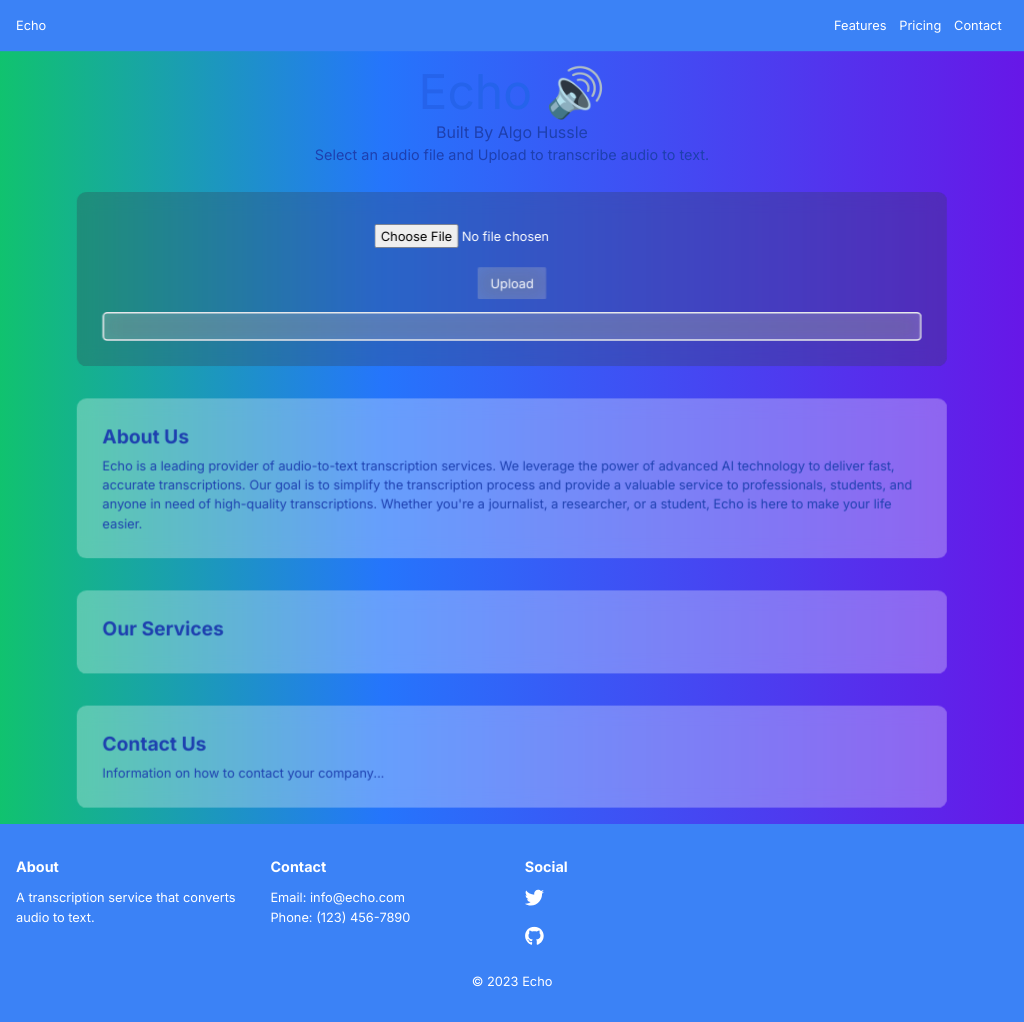
Repository: MikeeBuilds/whisperer
Page: /
An editor plug-in stored every save of this project. The page is shown before and after a run of saves, followed by the edit.
The browser window is 1280 px wide. The pictures show the whole page, at 80% of full size.
The project was rebuilt for these pictures with package versions that can differ from the ones it lists, and the page was loaded fresh each time. The framework's server and built-in components were replaced by stand-ins that run in the browser. Also part of the build but not shown: next.config.js.

Above is the page before, as saved 2023-06-26 19:12:49.

### src/app/layout.tsx
import Head from 'next/head'
import Footer from './components/Footer'
import Navbar from './components/NavBar'
import './globals.css'
import { Inter } from 'next/font/google'

const inter = Inter({ subsets: ['latin'] })

export const metadata = {
  title: 'Echo',
  description: 'Created by Algo Hussle | AlgoCodes_eth on Twitter',
}

export default function RootLayout({
  children,
}: {
  children: React.ReactNode
}) {
  return (
    <html lang="en">
      <Head>
        <title>{metadata.title}</title>
        <meta name="description" content={metadata.description} />
        <meta name="viewport" content="initial-scale=1.0, width=device-width" />
        {/* Add more meta tags as needed */}
      </Head>
      <body className={`${inter.className} gradient-bg flex flex-col min-h-screen`}>
        <Navbar/>
        <main className="flex-grow">
          {children}
        </main>
        <Footer />
      </body>
    </html>
  )
}

### src/app/page.tsx
'use client'

import { useState } from "react"
import Head from "next/head";

export default function Home() {
  const [theFile, setTheFile] = useState<File | null>(null);
  const [isLoading, setIsLoading] = useState(false);
  const [response, setResponse] = useState("");

  const handleFileChange = (event: React.ChangeEvent<HTMLInputElement>) => {
    const file = event.currentTarget.files?.[0];
    if (!file) return;

    setTheFile(file);
  };

  const callGetTranscription = async () => {
    setIsLoading(true);

    if (!theFile) {
      // Handle the case when no file is selected
      setIsLoading(false);
      return;
    }

    const formData = new FormData();
    formData.set("file", theFile);

    try {
      const response = await fetch("/api", {
        method: "POST",
        body: formData,
      });

      if (response.ok) {
        // Handle the success response
        console.log("File uploaded successfully");
      } else {
        // Handle the error response
        console.error("Failed to upload file");
      }

      const data = await response.json();

      setResponse(data.output.text);
    } catch (error) {
      // Handle any errors
      console.error("An error occurred while uploading the file", error);
    }

    setTheFile(null);
    setIsLoading(false);
  };

  return (
    <div>
      <Head>
        <title>Echo - Audio to Text Transcription</title>
      </Head>
      <main className="container mx-auto px-4 sm:px-24 py-5">
        <section className="text-center">
          <h1 className="text-blue-600 text-4xl sm:text-6xl font-sans mb-2">Echo 🔊</h1>
          <h4 className="text-xl text-blue-800">
            <span>Built By Algo Hussle</span>
          </h4>
          <p className="text-sm sm:text-lg font-sans mb-8 text-blue-800">Select an audio file and Upload to transcribe audio to text.</p>
        </section>

        <section className="flex flex-col items-center bg-gray-700 rounded-xl p-8 backdrop-blur-md bg-opacity-30">
          <input type="file" accept=".wav, .mp3" onChange={handleFileChange} className="mb-4 p-2" />
          <button
            onClick={callGetTranscription}
            className="w-max bg-white bg-opacity-20 px-4 py-2 rounded-sm hover:bg-opacity-30 transition-colors duration-200 backdrop-blur-md"
          >
            Upload
          </button>
          <div className="mt-4 w-full h-max border-2 break-words p-4 bg-white bg-opacity-20 rounded-md backdrop-blur-md">
            {isLoading ? "Loading..." : response ? response : ""}
          </div>
        </section>

        <section id="about" className="mt-10 bg-white bg-opacity-30 rounded-xl p-8 backdrop-blur-md">
          <h2 className="text-2xl font-bold mb-2 text-blue-800">About Us</h2>
          <p className="text-blue-800">Echo is a leading provider of audio-to-text transcription services. We leverage the power of advanced AI technology to deliver fast, accurate transcriptions. Our goal is to simplify the transcription process and provide a valuable service to professionals, students, and anyone in need of high-quality transcriptions. Whether you're a journalist, a researcher, or a student, Echo is here to make your life easier.</p>
        </section>

        <section id="services" className="mt-10 bg-white bg-opacity-30 rounded-xl p-8 backdrop-blur-md">
          <h2 className="text-blue-800 text-2xl font-bold mb-2">Our Services</h2>
          <p className="text-blue-800">

          </p>
        </section>

        <section id="contact" className="mt-10 bg-white bg-opacity-30 rounded-xl p-8 backdrop-blur-md">
          <h2 className="text-2xl font-bold mb-2 text-blue-800">Contact Us</h2>
          <p className="text-blue-800">Information on how to contact your company...</p>
        </section>
      </main>
    </div>
  );
}

### src/app/components/Footer.tsx
import { FaTwitter, FaGithub } from 'react-icons/fa';

export default function Footer() {
  return (
    <footer className="bg-blue-500 text-white py-10 px-5 mt-auto">
      <div className="grid grid-cols-1 md:grid-cols-4 gap-8">
        <div>
          <h3 className="text-lg font-bold mb-3">About</h3>
          <p>A transcription service that converts audio to text.</p>
        </div>
        <div>
          <h3 className="text-lg font-bold mb-3">Contact</h3>
          <p>Email: info@echo.com</p>
          <p>Phone: (123) 456-7890</p>
        </div>
        <div>
          <h3 className="text-lg font-bold mb-3">Social</h3>
          <a href="https://twitter.com/algocodes_eth" target="_blank" rel="noopener noreferrer" className="mr-3">
            <FaTwitter size={24} />
          </a>
          <a href="https://github.com/AlgoHussle" target="_blank" rel="noopener noreferrer">
            <FaGithub size={24} />
          </a>
        </div>
      </div>
      <div className="mt-8 text-center">
        <p>© {new Date().getFullYear()} Echo</p>
      </div>
    </footer>
  );
}

### src/app/components/NavBar.tsx
export default function Navbar() {
    return (
      <nav className="flex justify-between p-5 bg-blue-500 text-white">
        <div>Echo</div>
        <div>
          <a href="#features" className="mx-2">Features</a>
          <a href="#pricing" className="mx-2">Pricing</a>
          <a href="#contact" className="mx-2">Contact</a>
        </div>
      </nav>
    );
  }

### src/app/globals.css
@tailwind base;
@tailwind components;
@tailwind utilities;

@keyframes gradient {
  0% {
    background-position: 0% 50%;
  }
  50% {
    background-position: 100% 50%;
  }
  100% {
    background-position: 0% 50%;
  }
}

body {
  background: #222222;
  color: white;
}

.gradient-bg {
  animation: gradient 15s ease infinite;
  background: linear-gradient(270deg, #6b11e6, #2575fc, #00ff00, #ffff00);
  background-size: 200% 200%;
}

### tailwind.config.js
/** @type {import('tailwindcss').Config} */
module.exports = {
  content: [
    './src/pages/**/*.{js,ts,jsx,tsx,mdx}',
    './src/components/**/*.{js,ts,jsx,tsx,mdx}',
    './src/app/**/*.{js,ts,jsx,tsx,mdx}',
  ],
  theme: {
    extend: {
      fontFamily: {
        sans: ['var(--font-inter)'],
      },
    },
  },
  plugins: [],
}

After the next 2 saves:
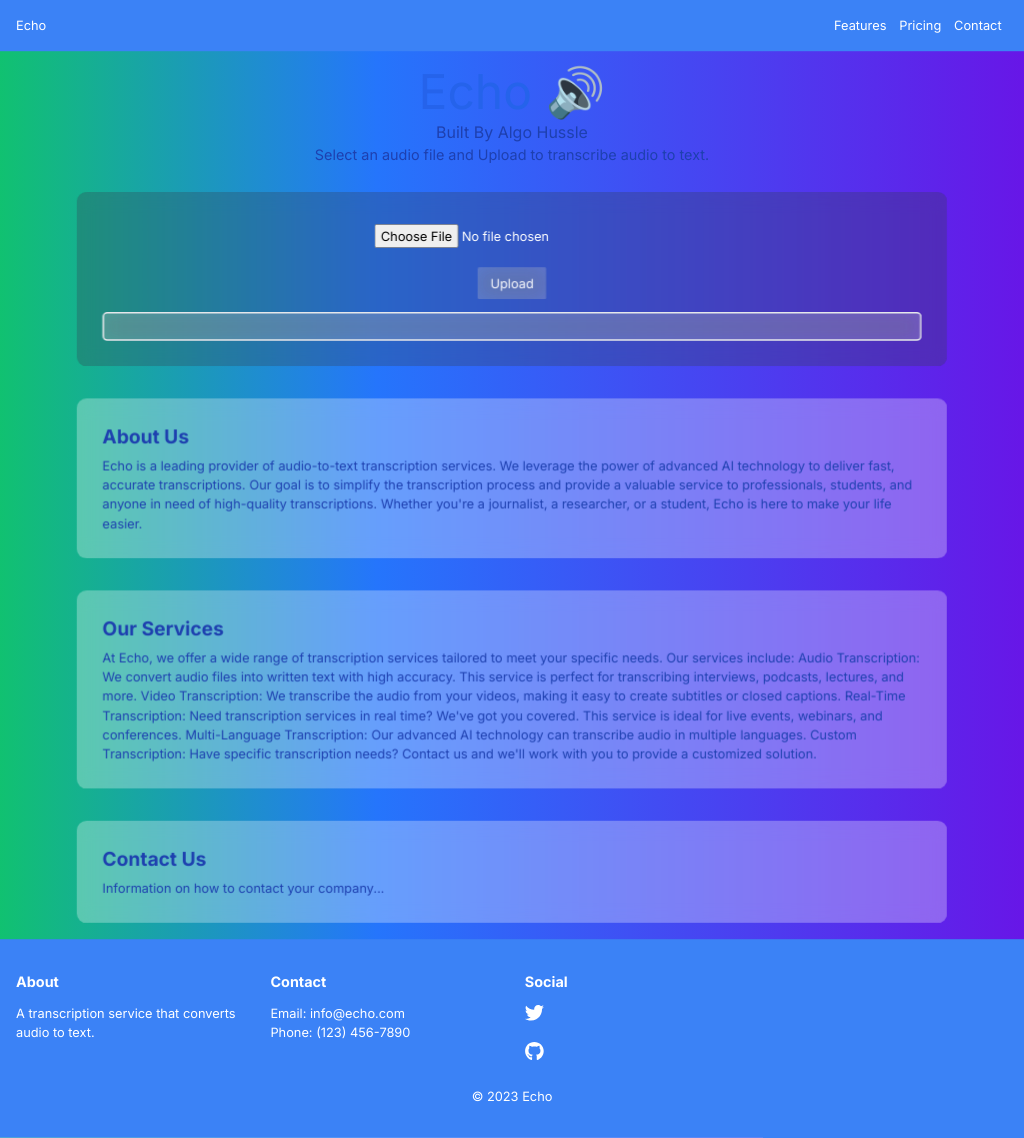
The 2 saves are shown as one change because they came seconds apart.
The last was saved 31 s later.
--- a/src/app/page.tsx
+++ b/src/app/page.tsx
@@ -88,6 +88,13 @@ export default function Home() {
         <section id="services" className="mt-10 bg-white bg-opacity-30 rounded-xl p-8 backdrop-blur-md">
           <h2 className="text-blue-800 text-2xl font-bold mb-2">Our Services</h2>
           <p className="text-blue-800">
+          At Echo, we offer a wide range of transcription services tailored to meet your specific needs. Our services include:
+
+Audio Transcription: We convert audio files into written text with high accuracy. This service is perfect for transcribing interviews, podcasts, lectures, and more.
+Video Transcription: We transcribe the audio from your videos, making it easy to create subtitles or closed captions.
+Real-Time Transcription: Need transcription services in real time? We've got you covered. This service is ideal for live events, webinars, and conferences.
+Multi-Language Transcription: Our advanced AI technology can transcribe audio in multiple languages.
+Custom Transcription: Have specific transcription needs? Contact us and we'll work with you to provide a customized solution.
 
           </p>
         </section>
